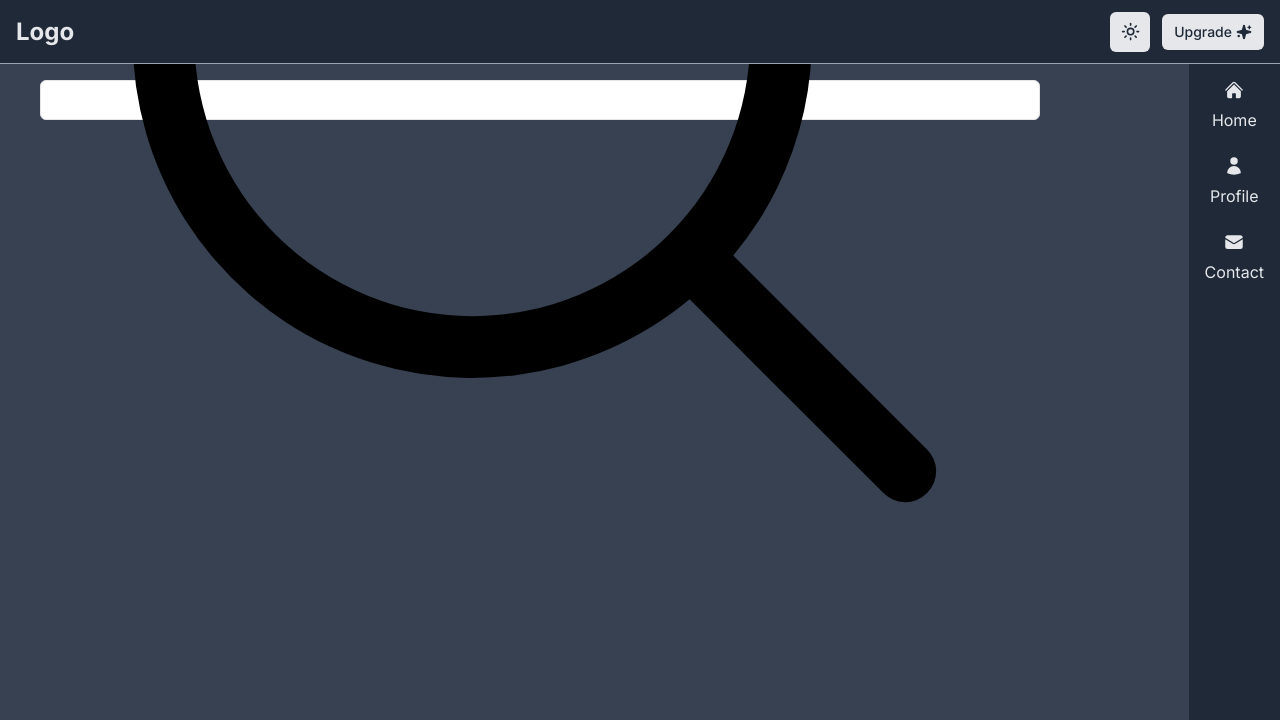
Repository: michalmilek/AI-companion-bot
Page: /
These files come from the project's save history. The page is drawn as it stood at one moment and after the next save; the edit follows.
The browser window is 1280 px wide. The pictures show the whole page.
The page's requests for data from a server got no answer. The project was rebuilt for these pictures with package versions that can differ from the ones it lists, and the page was loaded fresh each time. Some packages were replaced by stand-ins written for this rebuild. The framework's server and built-in components were replaced by stand-ins that run in the browser. No one was signed in, and anything a server would have sent is missing. Also part of the build but not shown: next.config.js.

Above is the page before, as saved 2023-10-10 18:38:38.

### app/layout.tsx
import { ClerkProvider } from "@clerk/nextjs";
import "./globals.css";
import type { Metadata } from "next";
import { Inter } from "next/font/google";
import { ThemeProvider } from "@/components/theme-provider";

const inter = Inter({ subsets: ["latin"] });

export const metadata: Metadata = {
  title: "Create Next App",
  description: "Generated by create next app",
};

export default function RootLayout({
  children,
}: {
  children: React.ReactNode;
}) {
  return (
    <ClerkProvider>
      <html lang="en">
        <body className={inter.className}>
          <ThemeProvider
            attribute="class"
            defaultTheme="light"
            enableSystem
            disableTransitionOnChange>
            {children}
          </ThemeProvider>
        </body>
      </html>
    </ClerkProvider>
  );
}

### app/(root)/layout.tsx
"use client";

import MobileSidebar from "@/components/MobileSidebar";
import Navbar from "@/components/Navbar";
import clsx from "clsx";
import { useTheme } from "next-themes";
import React, { useEffect } from "react";
import useStore from "../hooks/useStore";
import { useMediaQuery } from "react-responsive";
import { AnimatePresence } from "framer-motion";
import Sidebar from "@/components/Sidebar";

const RootLayout = ({ children }: { children: React.ReactNode }) => {
  const { theme } = useTheme();
  const isTabletOrLarger = useMediaQuery({
    query: "(min-width: 768px)",
  });
  const { setIsMobileMenuOpen } = useStore();

  useEffect(() => {
    if (isTabletOrLarger) {
      setIsMobileMenuOpen(false);
    }
  }, [isTabletOrLarger, setIsMobileMenuOpen]);

  return (
    <div
      className={`h-screen ${clsx(
        (theme === "dark" || "system") && "bg-gray-700",
        theme === "light" && "bg-gray-400"
      )} `}>
      <Navbar />
      <MobileSidebar />
      <Sidebar />
      <main className="px-10 md:pr-60 pt-20 pb-2 h-full">{children}</main>
    </div>
  );
};

export default RootLayout;

### app/(root)/(routes)/page.tsx
import { SearchInput } from "@/components/ui/search-input";
import { UserButton } from "@clerk/nextjs";
import React from "react";

const RootPage = () => {
  return (
    <div>
      <SearchInput label="Search" />
    </div>
  );
};

export default RootPage;

### app/globals.css
@tailwind base;
@tailwind components;
@tailwind utilities;

@layer base {
  :root {
    --background: 0 0% 100%;
    --foreground: 0 0% 3.9%;

    --card: 0 0% 100%;
    --card-foreground: 0 0% 3.9%;

    --popover: 0 0% 100%;
    --popover-foreground: 0 0% 3.9%;

    --primary: 0 0% 9%;
    --primary-foreground: 0 0% 98%;

    --secondary: 0 0% 96.1%;
    --secondary-foreground: 0 0% 9%;

    --muted: 0 0% 96.1%;
    --muted-foreground: 0 0% 45.1%;

    --accent: 0 0% 96.1%;
    --accent-foreground: 0 0% 9%;

    --destructive: 0 84.2% 60.2%;
    --destructive-foreground: 0 0% 98%;

    --border: 0 0% 89.8%;
    --input: 0 0% 89.8%;
    --ring: 0 0% 3.9%;

    --radius: 0.5rem;
  }

  .dark {
    --background: 0 0% 3.9%;
    --foreground: 0 0% 98%;

    --card: 0 0% 3.9%;
    --card-foreground: 0 0% 98%;

    --popover: 0 0% 3.9%;
    --popover-foreground: 0 0% 98%;

    --primary: 0 0% 98%;
    --primary-foreground: 0 0% 9%;

    --secondary: 0 0% 14.9%;
    --secondary-foreground: 0 0% 98%;

    --muted: 0 0% 14.9%;
    --muted-foreground: 0 0% 63.9%;

    --accent: 0 0% 14.9%;
    --accent-foreground: 0 0% 98%;

    --destructive: 0 62.8% 30.6%;
    --destructive-foreground: 0 0% 98%;

    --border: 0 0% 14.9%;
    --input: 0 0% 14.9%;
    --ring: 0 0% 83.1%;
  }
}

@layer base {
  * {
    @apply border-border;
  }
  body {
    @apply bg-background text-foreground;
  }
}

*{
  box-sizing: border-box;
  padding: 0;
  margin: 0;
}

### components/MobileSidebar.tsx
"use client";

import React from "react";
import { AnimatePresence, motion } from "framer-motion";
import { useTheme } from "next-themes";
import clsx from "clsx";
import { Theme, getThemeBackground } from "@/app/utils/helpers";
import { Button } from "./ui/button";
import { HomeIcon, UserIcon, EnvelopeIcon } from "@heroicons/react/24/solid";
import Link from "next/link";
import useStore from "@/app/hooks/useStore";
import { useMediaQuery } from "react-responsive";

const MobileSidebar = () => {
  const { theme } = useTheme();
  const isTabletOrLarger = useMediaQuery({
    query: "(min-width: 768px)",
  });

  const isMobileOrLarger = useMediaQuery({
    query: "(min-width: 550px)",
  });
  const { isMobileMenuOpen } = useStore();
  return (
    <AnimatePresence mode="wait">
      {isMobileMenuOpen && !isTabletOrLarger && (
        <motion.aside
          className={`h-full py-2 fixed bottom-0 top-16 right-0 ${getThemeBackground(
            theme as Theme
          )}`}
          initial={{ x: "100%" }}
          animate={{ x: 0 }}
          transition={{ type: "tween", duration: 0.3 }}
          exit={{ x: "100%" }}>
          <ul className="flex flex-col gap-2">
            <li>
              <Link
                className={`flex flex-col items-center gap-2 py-2 ${
                  theme === "light" ? "hover:bg-gray-700" : "hover:bg-gray-500"
                } transition-none`}
                href="/">
                <HomeIcon className="h-5 w-5" />
                {isMobileOrLarger && <span>Home</span>}
              </Link>
            </li>
            <li>
              <Link
                className="flex flex-col items-center gap-2 py-2 px-4 hover:bg-gray-700"
                href="/profile">
                <UserIcon className="h-5 w-5" />
                <span>Profile</span>
              </Link>
            </li>
            <li>
              <Link
                className="flex flex-col items-center gap-2 py-2 px-4 hover:bg-gray-700"
                href="/contact">
                <EnvelopeIcon className="h-5 w-5" />
                <span>Contact</span>
              </Link>
            </li>
          </ul>
        </motion.aside>
      )}
    </AnimatePresence>
  );
};
export default MobileSidebar;

### components/Navbar.tsx
"use client";

import React, { useEffect, useState } from "react";
import { UserButton } from "@clerk/nextjs";
import { Button } from "./ui/button";
import { Sparkles } from "lucide-react";
import { ThemeToggle } from "./theme-toggle";
import { useTheme } from "next-themes";
import clsx from "clsx";
import { Theme, getThemeBackground, getThemeColor } from "@/app/utils/helpers";
import { useMediaQuery } from "react-responsive";
import { Bars3Icon } from "@heroicons/react/24/solid";
import useStore from "@/app/hooks/useStore";

const Navbar = () => {
  const { theme } = useTheme();
  const isTabletOrLarger = useMediaQuery({
    query: "(min-width: 768px)",
  });
  const { isMobileMenuOpen, setIsMobileMenuOpen } = useStore();

  return (
    <nav
      className={`${getThemeBackground(
        theme as Theme
      )} h-16 flex justify-between items-center px-4 fixed top-0 left-0 right-0 z-50 border-b-gray-400 border-b`}>
      <a
        href="#"
        className="text-2xl font-bold">
        Logo
      </a>
      <div className="flex items-center gap-3">
        <ThemeToggle />
        <Button
          size="sm"
          variant={getThemeColor(theme as Theme)}>
          Upgrade
          <Sparkles
            className={`${
              theme === "light"
                ? "text-gray-800 fill-gray-800"
                : "text-gray-200 fill-gray-200"
            }  h-4 w-4`}
          />
        </Button>

        <UserButton />
        {!isTabletOrLarger && (
          <Button
            size="icon"
            onClick={() => setIsMobileMenuOpen(!isMobileMenuOpen)}
            variant={getThemeColor(theme as Theme)}>
            <Bars3Icon
              className={`${
                theme === "light"
                  ? "text-gray-800 fill-gray-800"
                  : "text-gray-200 fill-gray-200"
              } p-2`}
            />
          </Button>
        )}
      </div>
    </nav>
  );
};

export default Navbar;

### app/hooks/useStore.ts
import { create } from "zustand";

interface State {
  isMobileMenuOpen: boolean;
  setIsMobileMenuOpen: (isOpen: boolean) => void;
}

const useStore = create<State>((set) => ({
  isMobileMenuOpen: false,
  setIsMobileMenuOpen: (isOpen) => set({ isMobileMenuOpen: isOpen }),
}));

export default useStore;

### components/Sidebar.tsx
import React from "react";
import { AnimatePresence, motion } from "framer-motion";
import { useTheme } from "next-themes";
import clsx from "clsx";
import { Theme, getThemeBackground } from "@/app/utils/helpers";
import { Button } from "./ui/button";
import { HomeIcon, UserIcon, EnvelopeIcon } from "@heroicons/react/24/solid";
import Link from "next/link";
import { useMediaQuery } from "react-responsive";

const Sidebar = () => {
  const { theme } = useTheme();
  const isTabletOrLarger = useMediaQuery({
    query: "(min-width: 768px)",
  });

  return (
    <AnimatePresence>
      {isTabletOrLarger && (
        <motion.aside
          key={"sidebar"}
          className={`h-full py-2 fixed bottom-0 top-16 right-0 ${getThemeBackground(
            theme as Theme
          )}`}
          initial={{ x: "100%" }}
          animate={{ x: 0 }}
          exit={{ x: "100%" }}
          transition={{ type: "tween", duration: 0.3 }}>
          <ul className="flex flex-col gap-2">
            <li>
              <Link
                className={`flex flex-col items-center gap-2 py-2 ${
                  theme === "light" ? "hover:bg-gray-700" : "hover:bg-gray-500"
                } transition-none`}
                href="/">
                <HomeIcon className="h-5 w-5" />
                <span>Home</span>
              </Link>
            </li>
            <li>
              <Link
                className="flex flex-col items-center gap-2 py-2 px-4 hover:bg-gray-700"
                href="/profile">
                <UserIcon className="h-5 w-5" />
                <span>Profile</span>
              </Link>
            </li>
            <li>
              <Link
                className="flex flex-col items-center gap-2 py-2 px-4 hover:bg-gray-700"
                href="/contact">
                <EnvelopeIcon className="h-5 w-5" />
                <span>Contact</span>
              </Link>
            </li>
          </ul>
        </motion.aside>
      )}
    </AnimatePresence>
  );
};

export default Sidebar;

### components/ui/search-input.tsx
"use client";

import * as React from "react";

import { cn } from "@/lib/utils";
import { useTheme } from "next-themes";
import { Theme, getInputColor } from "@/app/utils/helpers";
import { MagnifyingGlassIcon } from "@heroicons/react/24/solid";

export interface InputProps
  extends React.InputHTMLAttributes<HTMLInputElement> {
  label?: string;
  error?: string;
}

const SearchInput = React.forwardRef<HTMLInputElement, InputProps>(
  ({ className, type, label, error, ...props }, ref) => {
    const { theme } = useTheme();

    return (
      <div className="relative">
        <input
          type={type}
          className={cn(
            "flex h-10 w-full rounded-md border border-input bg-white px-3 py-2 text-sm ring-offset-background file:border-0 file:bg-transparent file:text-sm file:font-medium placeholder:text-muted-foreground focus-visible:outline-none focus-visible:ring-2 focus-visible:ring-ring focus-visible:ring-offset-2 disabled:cursor-not-allowed disabled:opacity-50 text-black",
            className
          )}
          ref={ref}
          {...props}
        />
        <MagnifyingGlassIcon
          className={`absolute right-3 top-1/2 transform -translate-y-1/2 ${getInputColor(
            theme as Theme
          )}`}
        />
      </div>
    );
  }
);
SearchInput.displayName = "Input";

export { SearchInput };

### app/utils/helpers.ts
import clsx from "clsx";

export type Theme = "dark" | "system" | "light";

export function getThemeColor(theme: Theme) {
  if (theme === "dark" || theme === "system") {
    return "dark";
  } else {
    return "gray";
  }
}

export const getThemeBackground = (theme: Theme) => {
  return clsx(
    (theme === "dark" || theme === "system") && "bg-gray-200 text-gray-800",
    theme === "light" && "bg-gray-800 text-gray-200"
  );
};

export const getInputColor = (theme: Theme) => {
  return clsx(
    (theme === "dark" || theme === "system") && "text-white",
    theme === "light" && "text-black"
  );
};

### components/ui/button.tsx
import * as React from "react";
import { Slot } from "@radix-ui/react-slot";
import { cva, type VariantProps } from "class-variance-authority";

import { cn } from "@/lib/utils";

const buttonVariants = cva(
  "inline-flex items-center justify-center rounded-md text-sm font-medium ring-offset-background transition-colors focus-visible:outline-none focus-visible:ring-2 focus-visible:ring-ring focus-visible:ring-offset-2 disabled:pointer-events-none disabled:opacity-50",
  {
    variants: {
      variant: {
        default: "bg-primary text-primary-foreground hover:bg-primary/90",
        destructive:
          "bg-destructive text-destructive-foreground hover:bg-destructive/90",
        outline:
          "border border-input bg-background hover:bg-accent hover:text-accent-foreground",
        secondary:
          "bg-secondary text-secondary-foreground hover:bg-secondary/80",
        ghost: "hover:bg-accent hover:text-accent-foreground",
        link: "text-primary underline-offset-4 hover:underline",
        gray: "bg-gray-200 text-gray-800 flex items-center gap-1 hover:bg-gray-300 transition-all",
        dark: "bg-gray-800 text-gray-200 flex items-center gap-1 hover:bg-gray-600 transition-all",
      },
      size: {
        default: "h-10 px-4 py-2",
        sm: "h-9 rounded-md px-3",
        lg: "h-11 rounded-md px-8",
        icon: "h-10 w-10",
      },
    },
    defaultVariants: {
      variant: "default",
      size: "default",
    },
  }
);

export interface ButtonProps
  extends React.ButtonHTMLAttributes<HTMLButtonElement>,
    VariantProps<typeof buttonVariants> {
  asChild?: boolean;
}

const Button = React.forwardRef<HTMLButtonElement, ButtonProps>(
  ({ className, variant, size, asChild = false, ...props }, ref) => {
    const Comp = asChild ? Slot : "button";
    return (
      <Comp
        className={cn(buttonVariants({ variant, size, className }))}
        ref={ref}
        {...props}
      />
    );
  }
);
Button.displayName = "Button";

export { Button, buttonVariants };

### components/theme-toggle.tsx
"use client";

import * as React from "react";
import { Moon, Sun } from "lucide-react";
import { useTheme } from "next-themes";

import { Button } from "@/components/ui/button";
import {
  DropdownMenu,
  DropdownMenuContent,
  DropdownMenuItem,
  DropdownMenuTrigger,
} from "@/components/ui/dropdown-menu";
import { Theme, getThemeColor } from "@/app/utils/helpers";

export function ThemeToggle() {
  const { theme, setTheme } = useTheme();

  return (
    <DropdownMenu>
      <DropdownMenuTrigger asChild>
        <Button
          variant={getThemeColor(theme as Theme)}
          size="icon">
          <Sun className="h-[1.2rem] w-[1.2rem] rotate-0 scale-100 transition-all dark:-rotate-90 dark:scale-0" />
          <Moon className="absolute h-[1.2rem] w-[1.2rem] rotate-90 scale-0 transition-all dark:rotate-0 dark:scale-100" />
          <span className="sr-only">Toggle theme</span>
        </Button>
      </DropdownMenuTrigger>
      <DropdownMenuContent align="end">
        <DropdownMenuItem onClick={() => setTheme("light")}>
          Light
        </DropdownMenuItem>
        <DropdownMenuItem onClick={() => setTheme("dark")}>
          Dark
        </DropdownMenuItem>
        <DropdownMenuItem onClick={() => setTheme("system")}>
          System
        </DropdownMenuItem>
      </DropdownMenuContent>
    </DropdownMenu>
  );
}

### components/ui/dropdown-menu.tsx
"use client"

import * as React from "react"
import * as DropdownMenuPrimitive from "@radix-ui/react-dropdown-menu"
import { Check, ChevronRight, Circle } from "lucide-react"

import { cn } from "@/lib/utils"

const DropdownMenu = DropdownMenuPrimitive.Root

const DropdownMenuTrigger = DropdownMenuPrimitive.Trigger

const DropdownMenuGroup = DropdownMenuPrimitive.Group

const DropdownMenuPortal = DropdownMenuPrimitive.Portal

const DropdownMenuSub = DropdownMenuPrimitive.Sub

const DropdownMenuRadioGroup = DropdownMenuPrimitive.RadioGroup

const DropdownMenuSubTrigger = React.forwardRef<
  React.ElementRef<typeof DropdownMenuPrimitive.SubTrigger>,
  React.ComponentPropsWithoutRef<typeof DropdownMenuPrimitive.SubTrigger> & {
    inset?: boolean
  }
>(({ className, inset, children, ...props }, ref) => (
  <DropdownMenuPrimitive.SubTrigger
    ref={ref}
    className={cn(
      "flex cursor-default select-none items-center rounded-sm px-2 py-1.5 text-sm outline-none focus:bg-accent data-[state=open]:bg-accent",
      inset && "pl-8",
      className
    )}
    {...props}
  >
    {children}
    <ChevronRight className="ml-auto h-4 w-4" />
  </DropdownMenuPrimitive.SubTrigger>
))
DropdownMenuSubTrigger.displayName =
  DropdownMenuPrimitive.SubTrigger.displayName

const DropdownMenuSubContent = React.forwardRef<
  React.ElementRef<typeof DropdownMenuPrimitive.SubContent>,
  React.ComponentPropsWithoutRef<typeof DropdownMenuPrimitive.SubContent>
>(({ className, ...props }, ref) => (
  <DropdownMenuPrimitive.SubContent
    ref={ref}
    className={cn(
      "z-50 min-w-[8rem] overflow-hidden rounded-md border bg-popover p-1 text-popover-foreground shadow-lg data-[state=open]:animate-in data-[state=closed]:animate-out data-[state=closed]:fade-out-0 data-[state=open]:fade-in-0 data-[state=closed]:zoom-out-95 data-[state=open]:zoom-in-95 data-[side=bottom]:slide-in-from-top-2 data-[side=left]:slide-in-from-right-2 data-[side=right]:slide-in-from-left-2 data-[side=top]:slide-in-from-bottom-2",
      className
    )}
    {...props}
  />
))
DropdownMenuSubContent.displayName =
  DropdownMenuPrimitive.SubContent.displayName

const DropdownMenuContent = React.forwardRef<
  React.ElementRef<typeof DropdownMenuPrimitive.Content>,
  React.ComponentPropsWithoutRef<typeof DropdownMenuPrimitive.Content>
>(({ className, sideOffset = 4, ...props }, ref) => (
  <DropdownMenuPrimitive.Portal>
    <DropdownMenuPrimitive.Content
      ref={ref}
      sideOffset={sideOffset}
      className={cn(
        "z-50 min-w-[8rem] overflow-hidden rounded-md border bg-popover p-1 text-popover-foreground shadow-md data-[state=open]:animate-in data-[state=closed]:animate-out data-[state=closed]:fade-out-0 data-[state=open]:fade-in-0 data-[state=closed]:zoom-out-95 data-[state=open]:zoom-in-95 data-[side=bottom]:slide-in-from-top-2 data-[side=left]:slide-in-from-right-2 data-[side=right]:slide-in-from-left-2 data-[side=top]:slide-in-from-bottom-2",
        className
      )}
      {...props}
    />
  </DropdownMenuPrimitive.Portal>
))
DropdownMenuContent.displayName = DropdownMenuPrimitive.Content.displayName

const DropdownMenuItem = React.forwardRef<
  React.ElementRef<typeof DropdownMenuPrimitive.Item>,
  React.ComponentPropsWithoutRef<typeof DropdownMenuPrimitive.Item> & {
    inset?: boolean
  }
>(({ className, inset, ...props }, ref) => (
  <DropdownMenuPrimitive.Item
    ref={ref}
    className={cn(
      "relative flex cursor-default select-none items-center rounded-sm px-2 py-1.5 text-sm outline-none transition-colors focus:bg-accent focus:text-accent-foreground data-[disabled]:pointer-events-none data-[disabled]:opacity-50",
      inset && "pl-8",
      className
    )}
    {...props}
  />
))
DropdownMenuItem.displayName = DropdownMenuPrimitive.Item.displayName

const DropdownMenuCheckboxItem = React.forwardRef<
  React.ElementRef<typeof DropdownMenuPrimitive.CheckboxItem>,
  React.ComponentPropsWithoutRef<typeof DropdownMenuPrimitive.CheckboxItem>
>(({ className, children, checked, ...props }, ref) => (
  <DropdownMenuPrimitive.CheckboxItem
    ref={ref}
    className={cn(
      "relative flex cursor-default select-none items-center rounded-sm py-1.5 pl-8 pr-2 text-sm outline-none transition-colors focus:bg-accent focus:text-accent-foreground data-[disabled]:pointer-events-none data-[disabled]:opacity-50",
      className
    )}
    checked={checked}
    {...props}
  >
    <span className="absolute left-2 flex h-3.5 w-3.5 items-center justify-center">
      <DropdownMenuPrimitive.ItemIndicator>
        <Check className="h-4 w-4" />
      </DropdownMenuPrimitive.ItemIndicator>
    </span>
    {children}
  </DropdownMenuPrimitive.CheckboxItem>
))
DropdownMenuCheckboxItem.displayName =
  DropdownMenuPrimitive.CheckboxItem.displayName

const DropdownMenuRadioItem = React.forwardRef<
  React.ElementRef<typeof DropdownMenuPrimitive.RadioItem>,
  React.ComponentPropsWithoutRef<typeof DropdownMenuPrimitive.RadioItem>
>(({ className, children, ...props }, ref) => (
  <DropdownMenuPrimitive.RadioItem
    ref={ref}
    className={cn(
      "relative flex cursor-default select-none items-center rounded-sm py-1.5 pl-8 pr-2 text-sm outline-none transition-colors focus:bg-accent focus:text-accent-foreground data-[disabled]:pointer-events-none data-[disabled]:opacity-50",
      className
    )}
    {...props}
  >
    <span className="absolute left-2 flex h-3.5 w-3.5 items-center justify-center">
      <DropdownMenuPrimitive.ItemIndicator>
        <Circle className="h-2 w-2 fill-current" />
      </DropdownMenuPrimitive.ItemIndicator>
    </span>
    {children}
  </DropdownMenuPrimitive.RadioItem>
))
DropdownMenuRadioItem.displayName = DropdownMenuPrimitive.RadioItem.displayName

const DropdownMenuLabel = React.forwardRef<
  React.ElementRef<typeof DropdownMenuPrimitive.Label>,
  React.ComponentPropsWithoutRef<typeof DropdownMenuPrimitive.Label> & {
    inset?: boolean
  }
>(({ className, inset, ...props }, ref) => (
  <DropdownMenuPrimitive.Label
    ref={ref}
    className={cn(
      "px-2 py-1.5 text-sm font-semibold",
      inset && "pl-8",
      className
    )}
    {...props}
  />
))
DropdownMenuLabel.displayName = DropdownMenuPrimitive.Label.displayName

const DropdownMenuSeparator = React.forwardRef<
  React.ElementRef<typeof DropdownMenuPrimitive.Separator>,
  React.ComponentPropsWithoutRef<typeof DropdownMenuPrimitive.Separator>
>(({ className, ...props }, ref) => (
  <DropdownMenuPrimitive.Separator
    ref={ref}
    className={cn("-mx-1 my-1 h-px bg-muted", className)}
    {...props}
  />
))
DropdownMenuSeparator.displayName = DropdownMenuPrimitive.Separator.displayName

const DropdownMenuShortcut = ({
  className,
  ...props
}: React.HTMLAttributes<HTMLSpanElement>) => {
  return (
    <span
      className={cn("ml-auto text-xs tracking-widest opacity-60", className)}
      {...props}
    />
  )
}
DropdownMenuShortcut.displayName = "DropdownMenuShortcut"

export {
  DropdownMenu,
  DropdownMenuTrigger,
  DropdownMenuContent,
  DropdownMenuItem,
  DropdownMenuCheckboxItem,
  DropdownMenuRadioItem,
  DropdownMenuLabel,
  DropdownMenuSeparator,
  DropdownMenuShortcut,
  DropdownMenuGroup,
  DropdownMenuPortal,
  DropdownMenuSub,
  DropdownMenuSubContent,
  DropdownMenuSubTrigger,
  DropdownMenuRadioGroup,
}

Loaded but not shown: components/theme-provider.tsx (common file); lib/utils.ts (common file); tailwind.config.js (common file)

After the next save:
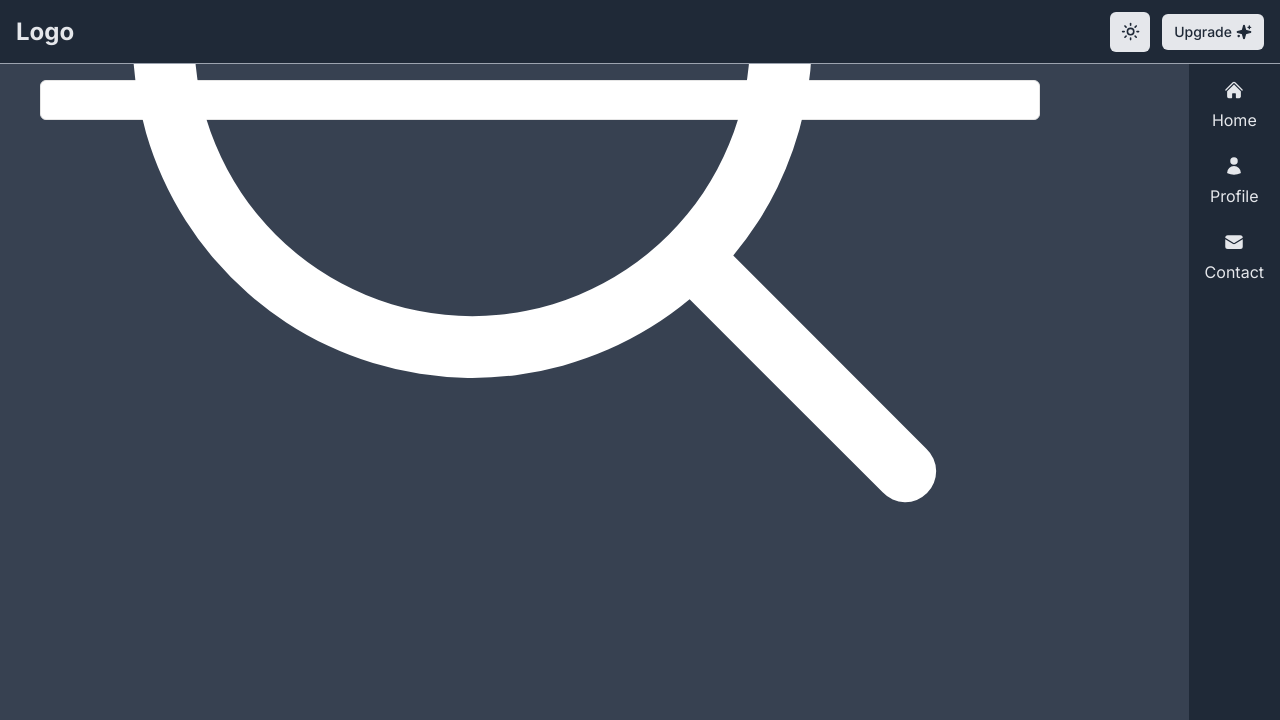
Saved 24 s later.
--- a/app/utils/helpers.ts
+++ b/app/utils/helpers.ts
@@ -19,7 +19,7 @@ export const getThemeBackground = (theme: Theme) => {
 
 export const getInputColor = (theme: Theme) => {
   return clsx(
-    (theme === "dark" || theme === "system") && "text-white",
-    theme === "light" && "text-black"
+    (theme === "dark" || theme === "system") && "text-black",
+    theme === "light" && "text-white"
   );
 };
